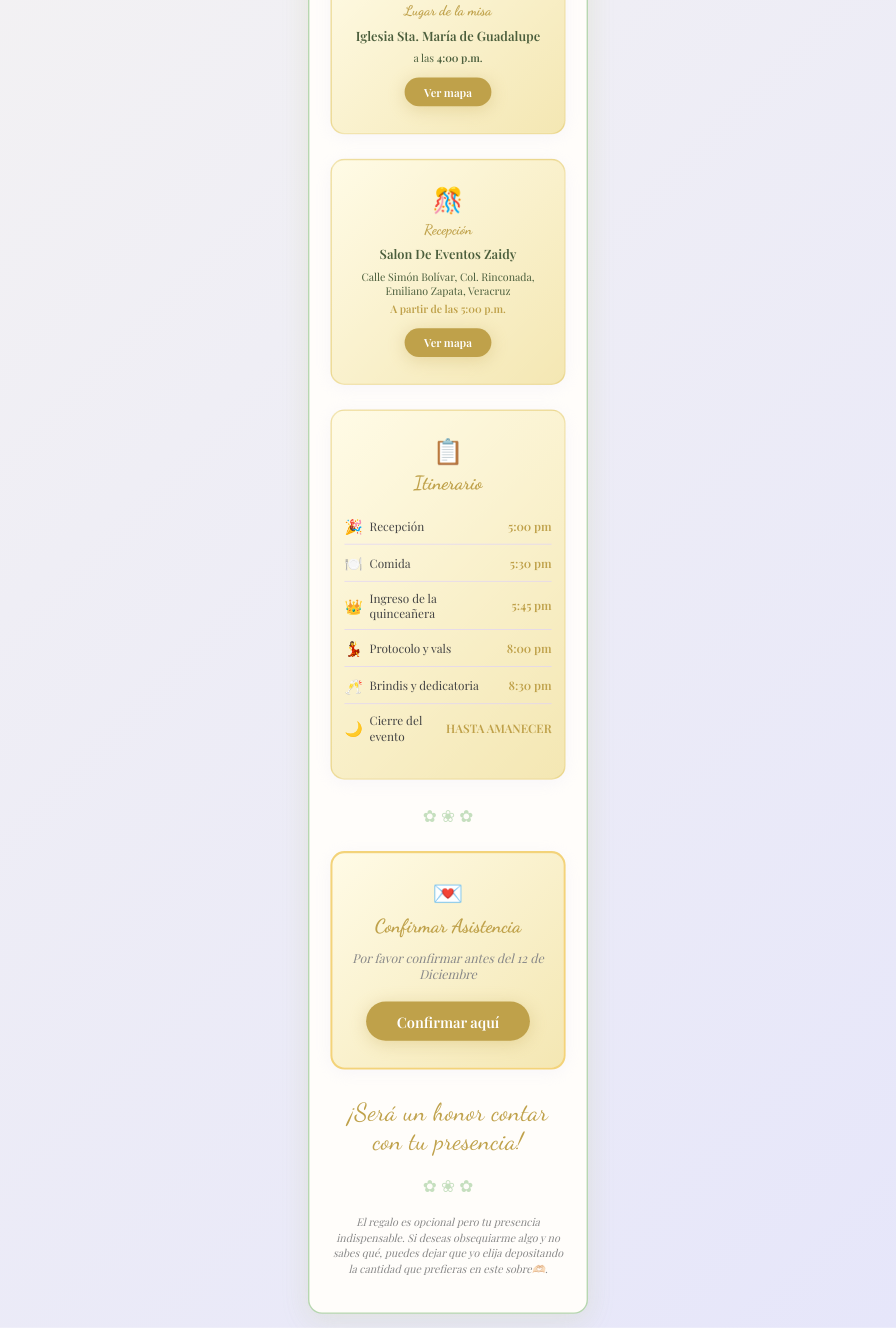
Repository: Jurgt2/InvitacionXvCamila
Page: index.html
An editor plug-in stored every save of this project. The page is shown before and after the next save, followed by the edit.
The browser window is 1280 px wide. The pictures show the part of the page from y = 1417 to 3337 px (the page is 3314 px tall before and 3337 px after), at 70% of full size.
Some web fonts or font styles are not loaded; a fallback is used.

Above is the page before, as saved 2025-11-15 20:44:56.
Console error: TypeError: Cannot read properties of null (reading 'href')

After the next save:
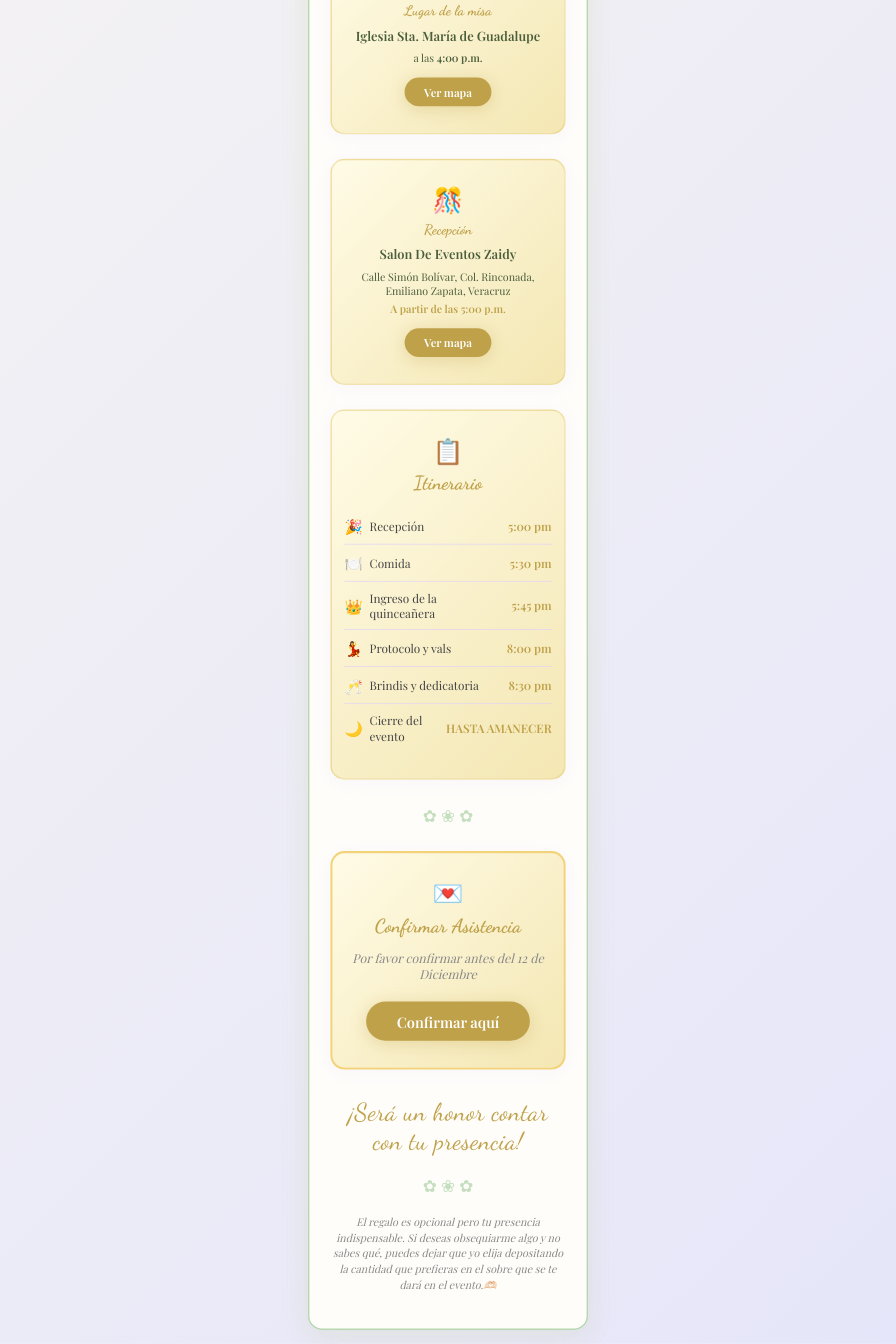
Saved 32 min 5 s later.
--- a/index.html
+++ b/index.html
@@ -188,7 +188,7 @@
                     max-width: 340px;
                     line-height: 1.5;
                 ">
-                El regalo es opcional pero tu presencia indispensable. Si deseas obsequiarme algo y no sabes qué, puedes dejar que yo elija depositando la cantidad que prefieras en este sobre🫶🏻.
+                El regalo es opcional pero tu presencia indispensable. Si deseas obsequiarme algo y no sabes qué, puedes dejar que yo elija depositando la cantidad que prefieras en el sobre que se te dará en el evento.🫶🏻
                 </span>
             </div>
         </div>
